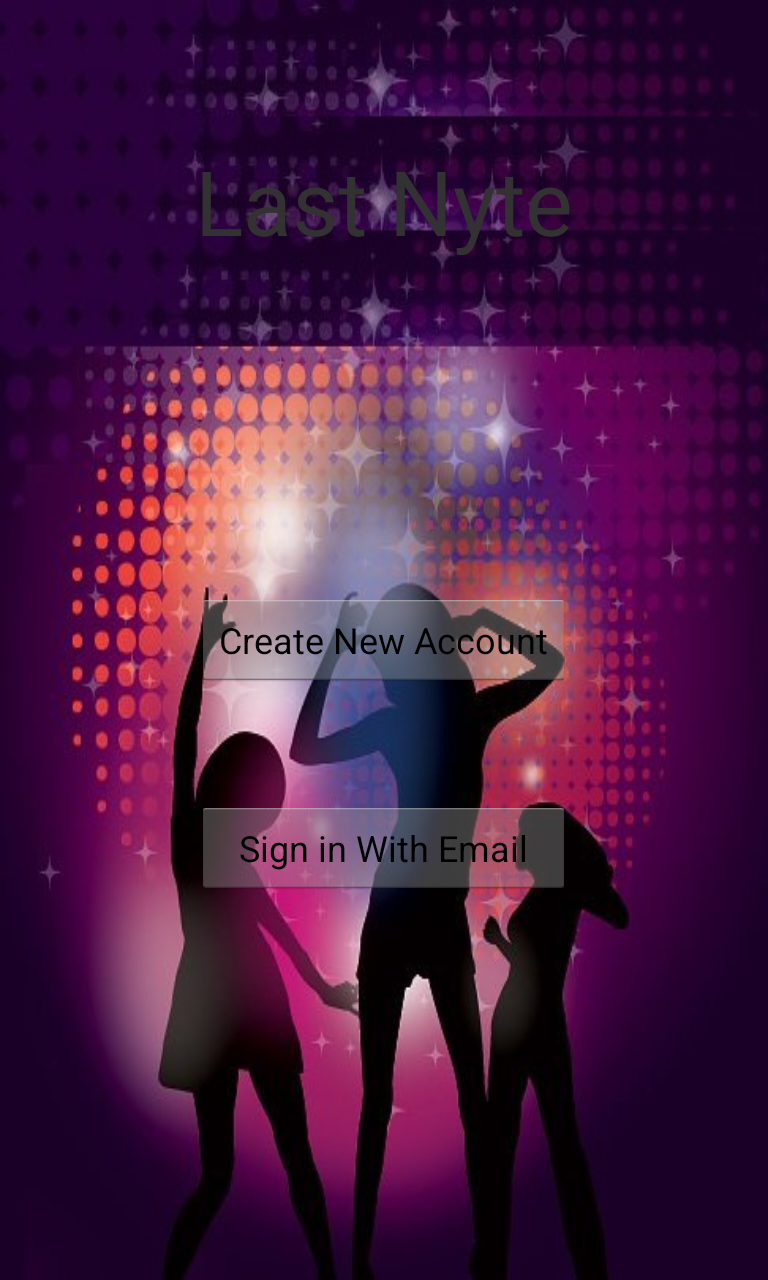
Repository: NarenPamza/Android_Template
Layout: LastNightParty/res/layout/activity_main.xml
An editor plug-in stored every save of this project. The layout is shown before and after the next save, followed by the edit.
It is drawn on a 768 x 1280 px phone screen (xhdpi) without system bars, with theme AppTheme; the app's code is not run. The app's manifest (not shown) leaves right-to-left support off. So textAlignment, textDirection and layoutDirection are ignored, and left and right values win over start and end ones.

Above is the layout before, as saved 2015-12-26 12:08:15.

### LastNightParty/res/layout/activity_main.xml
<RelativeLayout xmlns:android="http://schemas.android.com/apk/res/android"
    xmlns:tools="http://schemas.android.com/tools"
    android:layout_width="match_parent"
    android:layout_height="match_parent"
    android:paddingBottom="@dimen/activity_vertical_margin"
    android:paddingLeft="@dimen/activity_horizontal_margin"
    android:paddingRight="@dimen/activity_horizontal_margin"
    android:paddingTop="@dimen/activity_vertical_margin"
    android:background="@drawable/party_night"
    tools:context="com.androidParty.lastnightparty.MainActivity" >

    <Button
        android:id="@+id/button2"
        android:layout_width="wrap_content"
        android:layout_height="wrap_content"
        android:layout_alignEnd="@+id/button1"
        android:layout_alignStart="@+id/button1"
        android:layout_below="@+id/button1"
        android:layout_marginTop="56dp"
        android:text="@string/sign_in"
        android:onClick="signIn" />

    <TextView
        android:layout_width="wrap_content"
        android:layout_height="wrap_content"
        android:layout_alignParentTop="true"
        android:layout_centerHorizontal="true"
        android:layout_marginTop="54dp"
        android:text="@string/hello_world"
        android:textSize="45sp" />

    <Button
        android:id="@+id/button1"
        android:layout_width="wrap_content"
        android:layout_height="wrap_content"
        android:layout_centerHorizontal="true"
        android:layout_centerVertical="true"
        android:text="@string/create_new"
        android:onClick="createNew" />

</RelativeLayout>

### LastNightParty/res/values/strings.xml
<?xml version="1.0" encoding="utf-8"?>
<resources>

    <string name="app_name">LastNightParty</string>
    <string name="hello_world">Last Nyte</string>
    <string name="action_settings">Settings</string>
    <string name="create_new">Create New Account</string>
    <string name="sign_in">Sign in With Email</string>
    <string name="title_activity_create_new_account">CreateNewAccountActivity</string>
    <string name="title_activity_sign_in">SignInActivity</string>
    <string name="Sign_In_Button">Sign In</string>

    <string name="user_name">User Name</string>
    <string name="password">Password</string>

    <string name="firstname">First Name</string>
    <string name="last_name">Last Name</string>
    <string name="email">Email</string>
    <string name="create_account">Create Account</string>
</resources>

Loaded but not shown: LastNightParty/res/values/styles.xml (common file); LastNightParty/res/values-v11/styles.xml (common file); LastNightParty/res/values-v14/styles.xml (common file); LastNightParty/res/values/dimens.xml (common file); LastNightParty/res/values-w820dp/dimens.xml (common file)

After the next save:
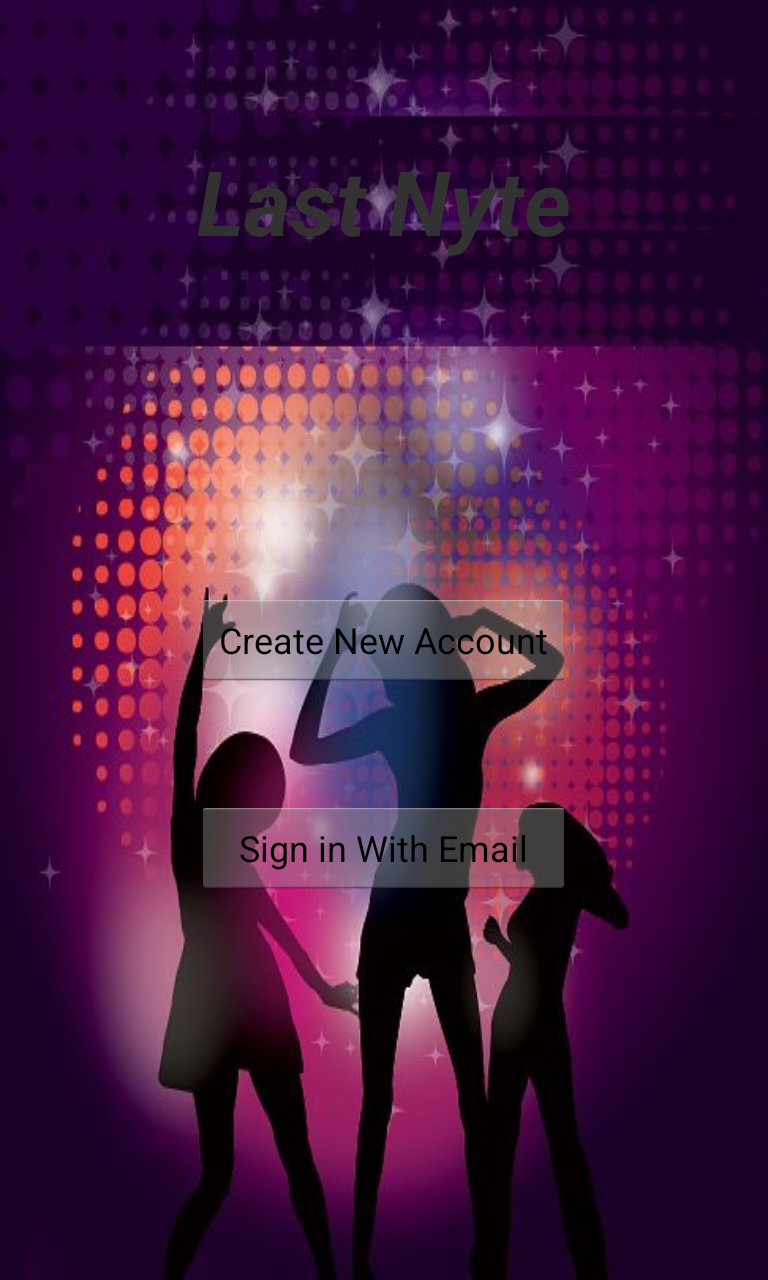
Saved 5 min 5 s later.
--- a/LastNightParty/res/layout/activity_main.xml
+++ b/LastNightParty/res/layout/activity_main.xml
@@ -27,6 +27,7 @@
         android:layout_centerHorizontal="true"
         android:layout_marginTop="54dp"
         android:text="@string/hello_world"
+        android:textStyle="bold|italic"
         android:textSize="45sp" />
 
     <Button
